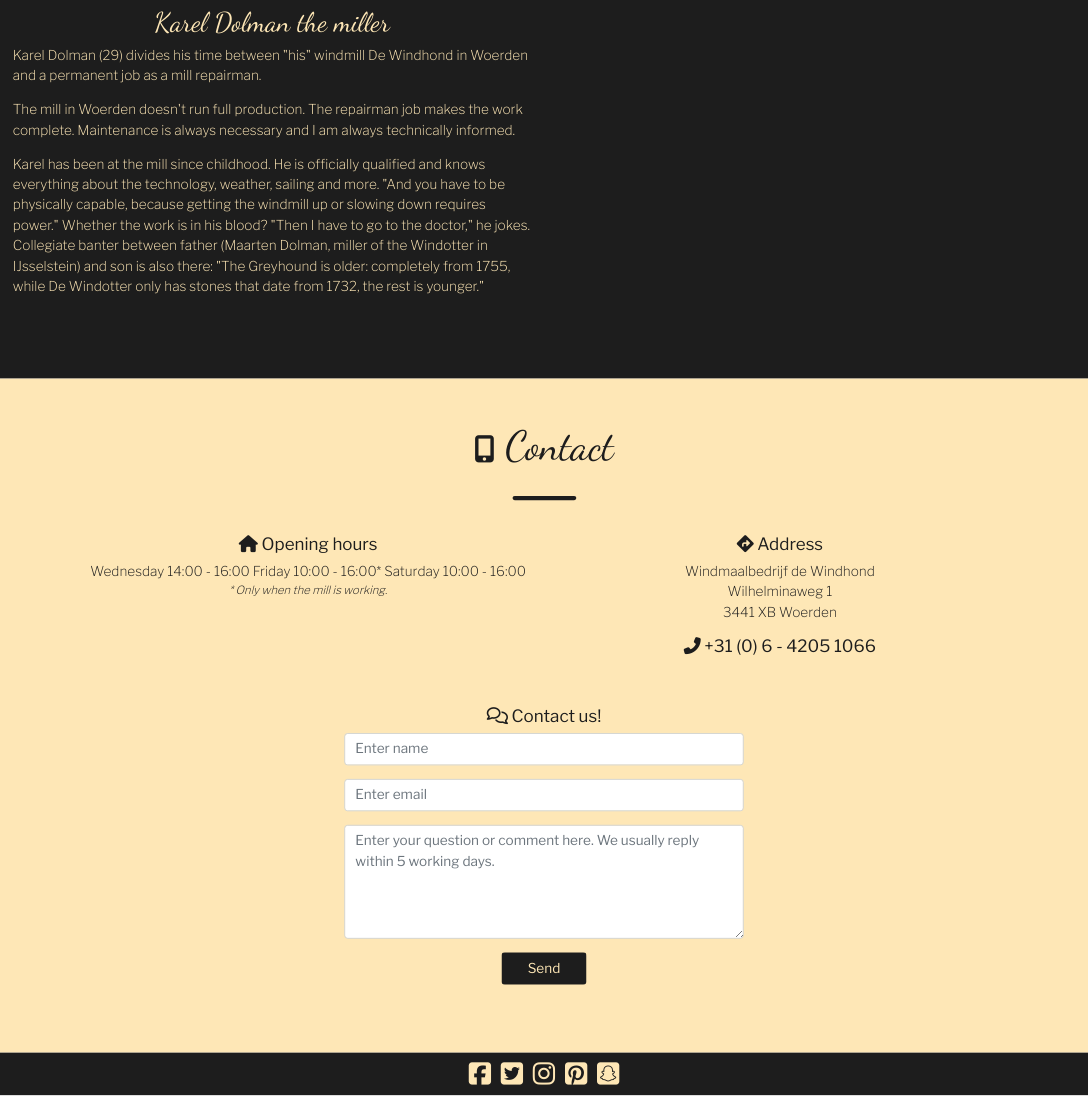
Repository: jdl208/DeWindhond
Page: index.html
The author's editor kept a record of every edit. The page is drawn from the files as they stood at one moment, then again after the next edit.
The browser window is 1280 px wide. The pictures show the part of the page from y = 2311 to 3608 px (the page is 3608 px tall before and 3562 px after), at 85% of full size.
Some web libraries are served in a nearby version.

Above is the page before.

### index.html
<!DOCTYPE html>
<html lang="en">

<head>
    <meta charset="UTF-8">
    <meta name="viewport" content="width=device-width, initial-scale=1.0">
    <meta http-equiv="X-UA-Compatible" content="ie=edge">
    <title>Windmill "De Windhond"</title>
    <link rel="stylesheet" href="https://stackpath.bootstrapcdn.com/bootstrap/4.3.1/css/bootstrap.min.css" integrity="sha384-ggOyR0iXCbMQv3Xipma34MD+dH/1fQ784/j6cY/iJTQUOhcWr7x9JvoRxT2MZw1T" crossorigin="anonymous">
    <link href="https://fonts.googleapis.com/css?family=Dancing+Script:400,700&display=swap" rel="stylesheet">
    <link rel="stylesheet" href="assets/css/style.css" type="text/css" />

</head>

<body>

    <!-- Navigation-->
    <a href="" class="anchor" id="home"></a>
    <nav class="navbar fixed-top navbar-expand-md navbar-dark dark-bg">
        <a class="navbar-brand" href="#home">De Windhond</a>
        <button id="navbar-toggle-icon" class="navbar-toggler" type="button" data-toggle="collapse" data-target="#navbarTogglerDemo02" aria-controls="navbarTogglerDemo02" aria-expanded="false" aria-label="Toggle navigation">
                <i class="fas fa-bars"></i>
            </button>

        <div class="collapse navbar-collapse" id="navbarTogglerDemo02">
            <ul class="navbar-nav ml-auto mt-2 mt-lg-0">
                <li class="nav-item ml-auto nav--link">
                    <a class="nav-link" href="#home"><strong>Home</strong><span class="sr-only">(current)</span></a>
                </li>
                <li class="nav-item ml-auto nav--link">
                    <a class="nav-link" href="#about"><strong>About</strong></a>
                </li>
                <li class="nav-item ml-auto nav--link">
                    <a class="nav-link" href="#media"><strong>Media</strong></a>
                </li>
                <li class="nav-item ml-auto nav--link">
                    <a class="nav-link" href="#contact"><strong>Contact</strong></a>
                </li>
            </ul>
        </div>
    </nav>

    <!--Header image slider-->

    <header class="top-section">
        <div class="jumbotron sectioncontainer carousel-wrapper">


            <!--Preload images so you you wont see a hickup in the slider -->

            <img class="d-none" src="assets/images/img1.jpg" />
            <img class="d-none" src="assets/images/img2.jpg" />
            <img class="d-none" src="assets/images/img3.jpg" />
            <img class="d-none" src="assets/images/img4.jpg" />
            <img class="d-none" src="assets/images/img5.jpg" />
            <img class="d-none" src="assets/images/img6.jpg" />
            <img class="d-none" src="assets/images/img7.jpg" />

            <div class="bg-image-slider">

            </div>
        </div>
    </header>

    <!-- About -->
    <a href="" class="anchor" id="about"></a>
    <section class="light-bg sectioncontainer">
        <div class="container about">
            <h2><i class="far fa-list-alt media-icon"></i> About</h2>
            <hr class="block-divider dark-divider">

            <div class="row">
                <div class="col-md-6">
                    <h4>Timeline</h4>
                    <div class="history-items">
                        <div class="timeline-item" data-dates="1498">
                            <p>The first mill was build on top of the city wall.</p>
                        </div>
                        <div class="timeline-item" data-dates="1755">
                            <p>De Windhond was build on the spot of the original mill.</p>
                        </div>
                        <div class="timeline-item" data-dates="1977">
                            <p>The mill was sold to the city of Woerden. Which would restore the mill to it's original state.</p>
                        </div>
                        <div class="timeline-item" data-dates="2011">
                            <p>The new miller Karel Dolman is going to work in De Windhond and is going to make the mill functioning again untill this day.</p>
                        </div>
                    </div>
                </div>
                <div class="col-md-6">
                    <hr class="block-divider dark-divider d-md-none">
                    <h4>History</h4>

                    <p>Windmill "De Windhond" is a historical and valuable feature for the city of Woerden.</P>
                    <p>The Windhond is a round stone mill that was built in 1755 in Woerden. Today the mill is well maintained and is an important part of the cityscape.</p>
                    <p>The mill stands on one of the last pieces of city wall, originally part of a bastion belonging to the city walls of old Woerden. De Windhond has a flight of 25.2 meters. The mill was restored in 1984 and today it is still in use as
                        a flour mill. The flour from the mill is used at various points of sale. In addition, a number of bakers in Woerden sell bread with flour from the mill. The interior of the mill is largely in authentic condition. The miller lives
                        in the house at the bottom of the mill.
                    </p>
                </div>
            </div>
        </div>

    </section>

    <!-- Media section-->
    <a href="" class="anchor" id="media"></a>

    <section class="dark-bg mediabox sectioncontainer">
        <H2><i class="fas fa-photo-video media-icon"></i> Media</H2>
        <hr class="block-divider yellow-divider">
        <div class="row mediarow">
            <div class="col-12">
                <h4>Impression of the mill</h4>
            </div>
                <iframe width="90%" height="315" src="https://www.youtube.com/embed/qNwYElhLL6A" frameborder="0" allow="accelerometer; autoplay; encrypted-media; gyroscope; picture-in-picture" allowfullscreen></iframe> </div>
        </div>

        <hr class="block-divider yellow-divider">

        <div class="row mediarow">
            <div class="col-md-12">
                <iframe width="100%" height="315" src="https://www.youtube.com/embed/lAjF5r5rAqM" frameborder="0" allow="accelerometer; autoplay; encrypted-media; gyroscope; picture-in-picture" allowfullscreen></iframe>
            </div>
            <div class="col-md-6">
                <h4>Karel Dolman the miller</h4>
                <p>Karel Dolman (29) divides his time between "his" windmill De Windhond in Woerden and a permanent job as a mill repairman.</p>
                <p>The mill in Woerden doesn't run full production. The repairman job makes the work complete. Maintenance is always necessary and I am always technically informed.</p>
                <p>Karel has been at the mill since childhood. He is officially qualified and knows everything about the technology, weather, sailing and more. "And you have to be physically capable, because getting the windmill up or slowing down requires
                    power." Whether the work is in his blood? "Then I have to go to the doctor," he jokes. Collegiate banter between father (Maarten Dolman, miller of the Windotter in IJsselstein) and son is also there: "The Greyhound is older: completely
                    from 1755, while De Windotter only has stones that date from 1732, the rest is younger."</p>
            </div>

        </div>
    </section>

    <!-- Contact-->

    <a href="" class="anchor" id="contact"></a>
    <section class="sectioncontainer light-bg">
        <div class="container">
            <h2><i class="fas fa-mobile-alt media-icon"></i> Contact</h2>
            <hr class="block-divider dark-divider">
            <div class="row">
                <div class="col-md-6 contact_visiting">
                    <th>
                        <h5><i class="fas fa-home"></i> Opening hours</h5>
                    </th>
                    <tr>
                        <td>Wednesday</td>
                        <td>14:00 - 16:00</td>
                    </tr>
                    <tr>
                        <td>Friday</td>
                        <td>10:00 - 16:00*</td>
                    </tr>
                    <tr>
                        <td>Saturday</td>
                        <td>10:00 - 16:00</td>
                    </tr>

                    </table>
                    <p class="footnote_opening">* Only when the mill is working.</p>
                </div>
                <div class="col-md-6 contact_visiting">

                    <h5><i class="fas fa-directions"></i> Address</h5>
                    <p>Windmaalbedrijf de Windhond<br> Wilhelminaweg 1<br> 3441 XB Woerden
                    </p>
                    <h5><i class="fas fa-phone-alt"></i> +31 (0) 6 - 4205 1066</h5>

                </div>

            </div>

            <div class="row">
                <div class="col-12 contact-form">
                    <h5><i class="far fa-comments"></i> Contact us!</h5>
                    <div class="form-group">
                        <input type="text" class="form-control" placeholder="Enter name" required>
                    </div>
                    <div class="form-group">
                        <input type="email" class="form-control" placeholder="Enter email" required>
                    </div>
                    <div class="form-group">
                        <textarea class="form-control" rows="5" Placeholder="Enter your question or comment here. We usually reply within 5 working days." required></textarea>
                    </div>
                    <button type="submit" class="btn btn--dark">Send</button>
                    </form>
                </div>
            </div>
    </section>

    <footer class="dark-bg">
        <div class="row footer">
            <div class="col-12">
                <ul class="list-inline">
                    <li class="list-inline-item"><a class="light-link" href="https://www.facebook.com/windmaalbedrijfdewindhond?pnref=story"><i class="fab fa-facebook-square socialicon"></i></a></li>
                    <li class="list-inline-item"><a class="light-link" href="#"><i class="fab fa-twitter-square socialicon"></i></a></li>
                    <li class="list-inline-item"><a class="light-link" href="#"><i class="fab fa-instagram socialicon"></i></a></li>
                    <li class="list-inline-item"><a class="light-link" href="#"><i class="fab fa-pinterest-square socialicon"></i></a></li>
                    <li class="list-inline-item"><a class="light-link" href="#"><i class="fab fa-snapchat-square socialicon"></i></a></li>
                </ul>
            </div>
        </div>
    </footer>

    <script src="https://code.jquery.com/jquery-3.3.1.slim.min.js" integrity="sha384-q8i/X+965DzO0rT7abK41JStQIAqVgRVzpbzo5smXKp4YfRvH+8abtTE1Pi6jizo" crossorigin="anonymous"></script>
    <script src="https://cdnjs.cloudflare.com/ajax/libs/popper.js/1.14.7/umd/popper.min.js" integrity="sha384-UO2eT0CpHqdSJQ6hJty5KVphtPhzWj9WO1clHTMGa3JDZwrnQq4sF86dIHNDz0W1" crossorigin="anonymous"></script>
    <script src="https://stackpath.bootstrapcdn.com/bootstrap/4.3.1/js/bootstrap.min.js" integrity="sha384-JjSmVgyd0p3pXB1rRibZUAYoIIy6OrQ6VrjIEaFf/nJGzIxFDsf4x0xIM+B07jRM" crossorigin="anonymous"></script>
    <script src="https://kit.fontawesome.com/70761e8d6e.js"></script>

</body>

</html>

### assets/css/style.css
@import url('https://fonts.googleapis.com/css?family=Dancing+Script:400,700|Libre+Franklin:200,300,400,700&display=swap');

html {
    scroll-behavior: smooth;
}

body {
    font-family: "Libre Franklin";
    font-weight: 200;
}

.sectioncontainer {
    padding-top: 50px;
    padding-bottom: 80px;
}

.anchor {
    display: block;
    position: relative;
    top: -56px;
    visibility: hidden;
}

/* ---------------------------------------------- Colors */

.dark-bg {
    color: #fee7b6;
    background-color: #1d1d1d;
}

.light-bg {
    background-color: #fee7b6;
    color: rgb(29, 29, 29);
}

.block-divider {
    width: 75px;
    height: 5px;
    border: 0;
    border-radius: 15px;
    margin-top: 30px;
    margin-bottom: 40px;
}

.yellow-divider {
    background-color: #fee7b6;
}

.dark-divider {
    background-color: rgb(29, 29, 29);
}

.light-link {
    color: #fee7b6;
}

.btn--dark {
    color: #fee7b6;
    background-color: rgba(29, 29, 29, 1);
    text-align: center;
}

/* ---------------------------------------------- Headings */

h2,
h3,
h4 {
    font-family: "dancing script";
    text-align: center;
    font-size: 3rem;
}

h4 {
    font-size: 2rem;
}

.media-icon {
    font-size: 32px;
}

/* ---------------------------------------------- Navbar */

.navbar {
    font-family: "dancing script";
    font-size: 1.2rem;
}

.navbar-brand {
    font-size: 1.5rem;
    color: #fee7b6;
}

.navbar-dark .navbar-brand {
    color: #fee7b6;
}

#navbar-toggle-icon {
    border: 0;
    color: #fee7b6;
}

.navbar-dark .navbar-nav .nav-link {
    color: #fee7b6;
}



/* ---------------------------------------------- Header */

.top-section {
    padding: 0;
}

.carousel-wrapper {
    position: relative;
    top: 56px;
    margin: 0 0 56px 0;
    padding: 0;
}

.bg-image-slider {
    height: 85vh;
    width: 100%;
    animation-name: bgslider;
    animation-duration: 49s;
    animation-timing-function: ease-in;
    animation-iteration-count: infinite;
    background-image: url("../images/img1.jpg");
    background-size: cover;
    background-repeat: no-repeat;
    background-position: center;
}

@keyframes bgslider {
    0% {
        background-image: url("../images/img1.jpg");
    }
    10% {
        background-image: url("../images/img1.jpg");
    }
    14% {
        background-image: url("../images/img2.jpg");
    }
    24% {
        background-image: url("../images/img2.jpg");
    }
    28% {
        background-image: url("../images/img3.jpg");
    }
    38% {
        background-image: url("../images/img3.jpg");
    }
    42% {
        background-image: url("../images/img4.jpg");
    }
    52% {
        background-image: url("../images/img4.jpg");
    }
    56% {
        background-image: url("../images/img5.jpg");
    }
    66% {
        background-image: url("../images/img5.jpg");
    }
    70% {
        background-image: url("../images/img6.jpg");
    }
    80% {
        background-image: url("../images/img6.jpg");
    }
    84% {
        background-image: url("../images/img7.jpg");
    }
    95% {
        background-image: url("../images/img7.jpg");
    }
    100% {
        background-image: url("../images/img1.jpg");
    }
}

/* ---------------------------------------------- About */

.history-heading {
    margin-bottom: 50px;
}

.timeline-item {
    padding: 4em 2em 0em 2em;
    position: relative;
    border-left: 1px solid;
}

.timeline-item p {
    padding: 0;
    margin: 0;
}

.timeline-item:before {
    content: attr(data-dates);
    position: absolute;
    left: 2.5em;
    top: 3em;
    display: block;
    font-weight: 500;
    font-size: 0.8em;
    padding: 0;
    margin: 0;
}

.timeline-item:after {
    width: 12px;
    height: 12px;
    display: block;
    top: 2.5em;
    position: absolute;
    left: -6px;
    border-radius: 12px;
    content: '';
    background: rgb(29, 29, 29);

}

/* ---------------------------------------------- Media */

.row {
    margin: 0;
}

iframe {
    margin: auto;
}

/* ---------------------------------------------- Contact */

.contact_visiting {
    text-align: center;
}

.contact_visiting table {
    text-align: left;
    margin: auto;
}


.footnote_opening {
    font-size: smaller;
    font-style: italic;
}


.contact-form {
    margin: auto;
    text-align: center;
    margin-top: 50px;
    max-width: 500px;
}

.contact-form .btn--dark {
    width: 100px;
}


/* ---------------------------------------------- Footer */

.footer {
    height: 50px;
    text-align: center;
    padding: 10px;
}

.footerlist {
    list-style-type: none;
}

.list-item-footer {
    display: inline-block;
    height: 30px;
    color: #fee7b6;
}

.socialicon {
    font-size: 30px;
}

.socialicon:hover {
    color: #dec080
}

After the next edit:
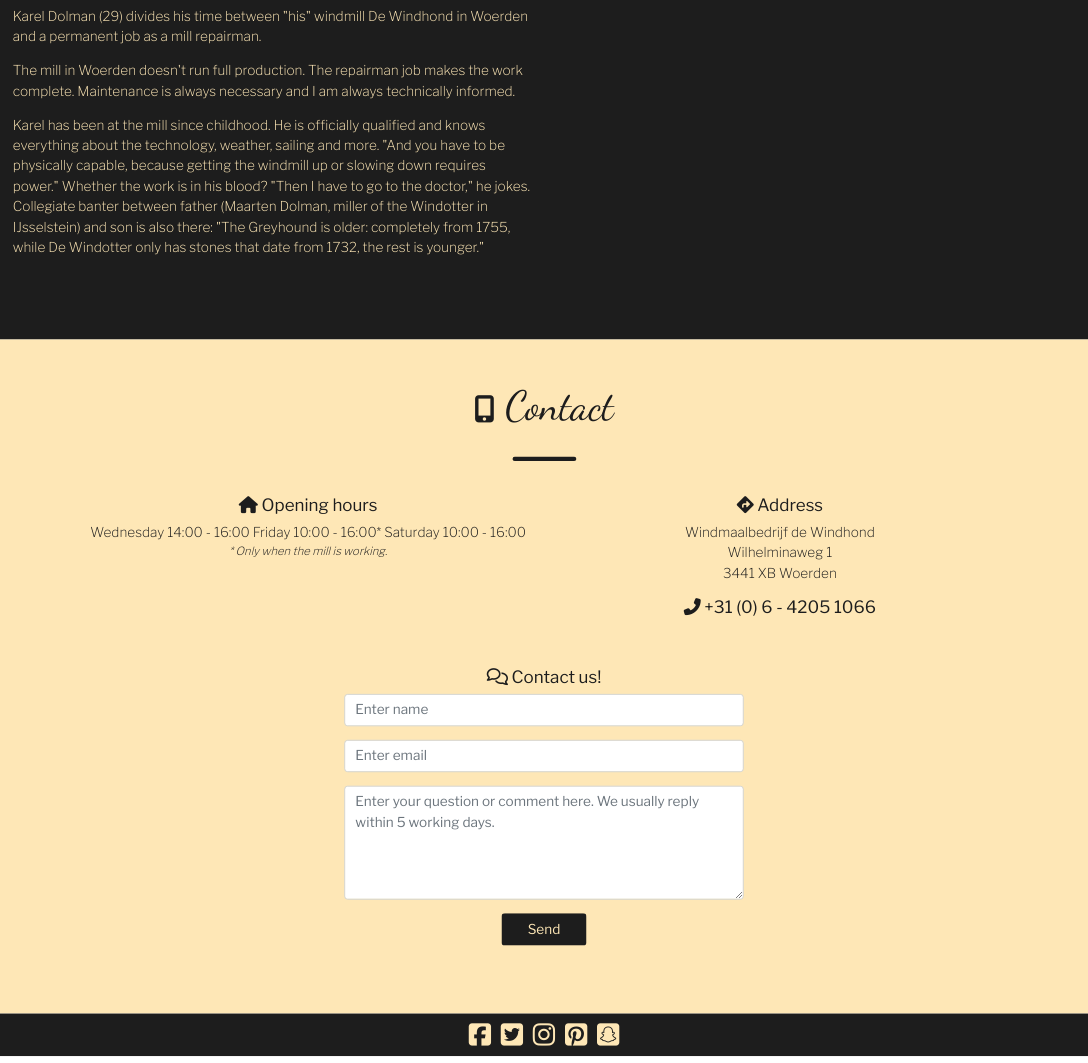
The edit:
--- a/index.html
+++ b/index.html
@@ -123,7 +123,6 @@
                 <iframe width="100%" height="315" src="https://www.youtube.com/embed/lAjF5r5rAqM" frameborder="0" allow="accelerometer; autoplay; encrypted-media; gyroscope; picture-in-picture" allowfullscreen></iframe>
             </div>
             <div class="col-md-6">
-                <h4>Karel Dolman the miller</h4>
                 <p>Karel Dolman (29) divides his time between "his" windmill De Windhond in Woerden and a permanent job as a mill repairman.</p>
                 <p>The mill in Woerden doesn't run full production. The repairman job makes the work complete. Maintenance is always necessary and I am always technically informed.</p>
                 <p>Karel has been at the mill since childhood. He is officially qualified and knows everything about the technology, weather, sailing and more. "And you have to be physically capable, because getting the windmill up or slowing down requires
